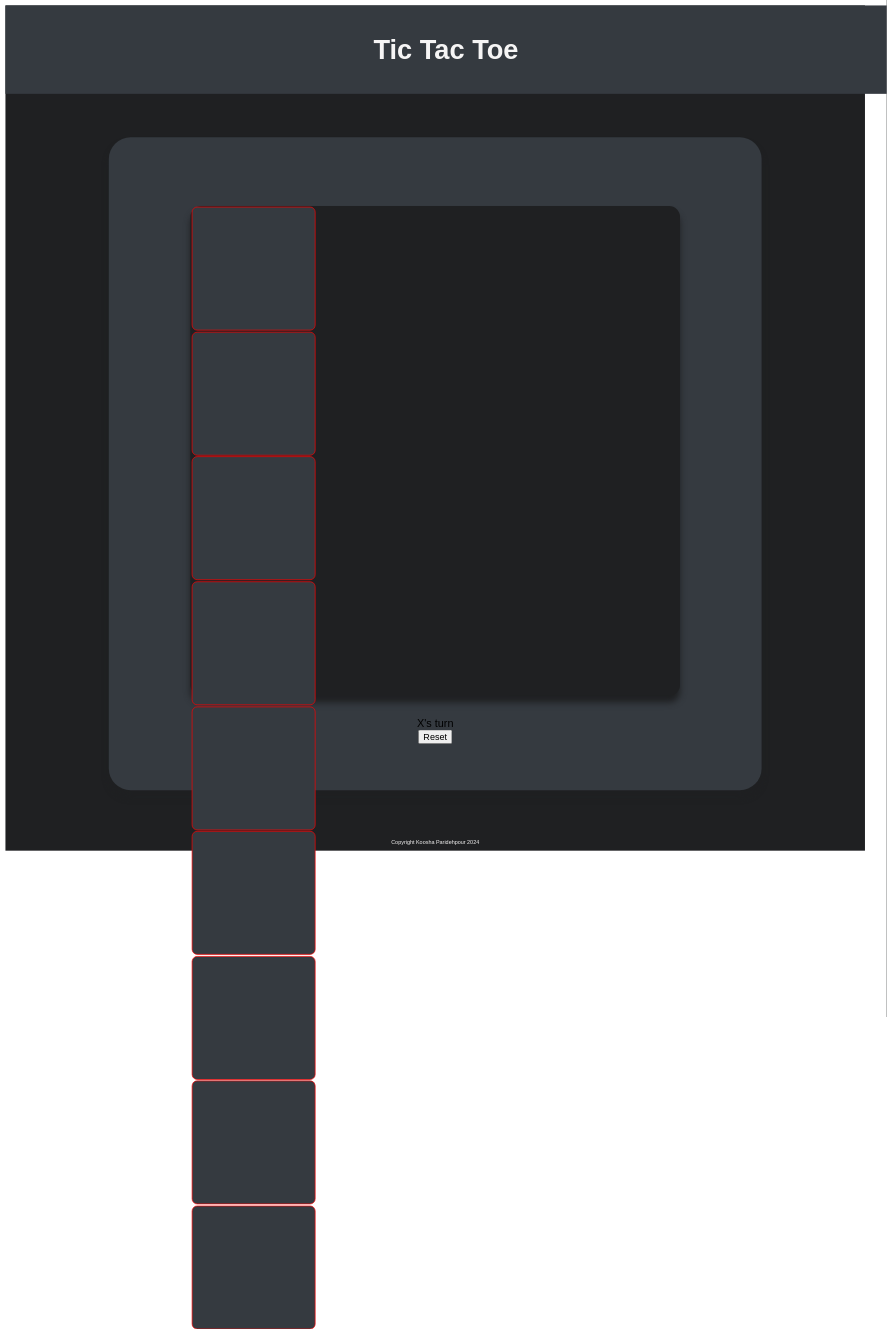
Repository: KooshaPari/odin-TTT
Page: index.html
The author's editor kept a copy of each file at every save. The page is drawn from the files as they stood at one save, then again after the next save.
The browser window is 1280 px wide. The page is 1304 px wide, so the pictures cover 1304 px, including what lies to the right of the window. The pictures show the whole page, at 68% of full size.

Above is the page before, as saved 2024-03-14 22:52:04.

### index.html
<!doctype html>
<html lang="en">
  <head>
    <meta charset="UTF-8" />

    <link rel="stylesheet" href="./style.css" />
    <meta name="viewport" content="width=device-width, initial-scale=1.0" />
    <title>Document</title>
  </head>
  <body>
    <div id="parent">
      <div id="header">
        <h1>Tic Tac Toe</h1>
      </div>
      <div id="body">
        <div id="game">
          <div id="board">
            <div class="square" id="0"></div>
            <div class="square" id="1"></div>
            <div class="square" id="2"></div>
            <div class="square" id="3"></div>
            <div class="square" id="4"></div>
            <div class="square" id="5"></div>
            <div class="square" id="6"></div>
            <div class="square" id="7"></div>
            <div class="square" id="8"></div>
          </div>
          <div id="status">X's turn</div>
          <button id="reset">Reset</button>
        </div>
      </div>
      <div id="footer">
        <p>Copyright Koosha Paridehpour 2024</p>
      </div>
    </div>
  </body>
</html>

### style.css
* {
  font-family: sans-serif;
}
#parent {
  background-color: #1f2022;
  width: 100%;
  height: 100%;
}
#header {
  background-color: #353a40;
  padding: 1.25%;
  width: 100%;
  height: 100%;
}
#header h1 {
  color: #f6f5f5;

  font-size: 2.5em;
}
#footer p {
  color: #f6f5f5;
  font-size: 0.5em;
}

#header,
#footer,
#body {
  display: flex;
  align-items: center;
  justify-content: center;
}
#title {
  color: #f6f5f5;
}
#body {
  flex-direction: column;
}
#game {
  transition: 2.5s ease-in-out;
  display: flex;
  flex-direction: column;
  justify-content: center;
  align-items: center;
  background-color: #353a40;
  border-radius: 2em;
  margin: 5vw;
  box-shadow: 0px 10px 10px #1f2022;
  width: 75vw;
  height: 75vw;
  -webkit-border-radius: 2em;
  -moz-border-radius: 2em;
  -ms-border-radius: 2em;
  -o-border-radius: 2em;
  -webkit-transition: 2.5s ease-in-out;
  -moz-transition: 2.5s ease-in-out;
  -ms-transition: 2.5s ease-in-out;
  -o-transition: 2.5s ease-in-out;
}
#board {
  width: 75%;
  transition: 1s ease-in-out;
  height: 75%;
  background-color: #1f2022;
  border-radius: 1em;
  margin: 2em;
  box-shadow: 0px 10px 10px #1f2022;
  -webkit-border-radius: 1em;
  -moz-border-radius: 1em;
  -ms-border-radius: 1em;
  -o-border-radius: 1em;
  -webkit-transition: 1s ease-in-out;
  -moz-transition: 1s ease-in-out;
  -ms-transition: 1s ease-in-out;
  -o-transition: 1s ease-in-out;
}
#board:hover {
  transform: scale(1.025) translate(0, -1em);
  transition: 0.5s ease-in-out;
  -webkit-transform: scale(1.025) translate(0, -1em);
  -moz-transform: scale(1.025) translate(0, -1em);
  -ms-transform: scale(1.025) translate(0, -1em);
  -o-transform: scale(1.025) translate(0, -1em);
  -webkit-transition: 0.5s ease-in-out;
  -moz-transition: 0.5s ease-in-out;
  -ms-transition: 0.5s ease-in-out;
  -o-transition: 0.5s ease-in-out;
}
#game:hover {
  transform: scale(1.05) translate(0, -0.5em);
  transition: 10s ease-in-out;
  -webkit-transform: scale(1.05) translate(0, -0.5em);
  -moz-transform: scale(1.05) translate(0, -0.5em);
  -ms-transform: scale(1.05) translate(0, -0.5em);
  -o-transform: scale(1.05) translate(0, -0.5em);
  -webkit-transition: 10s ease-in-out;
  -moz-transition: 10s ease-in-out;
  -ms-transition: 10s ease-in-out;
  -o-transition: 10s ease-in-out;
}
.square {
  border: 0.1px solid red;
  margin: 0.1em;
  width: 25%;
  height: 25%;
  background-color: #353a40;
  border-radius: 0.5em;
  -webkit-border-radius: 0.5em;
  -moz-border-radius: 0.5em;
  -ms-border-radius: 0.5em;
  -o-border-radius: 0.5em;
}

After the next save:
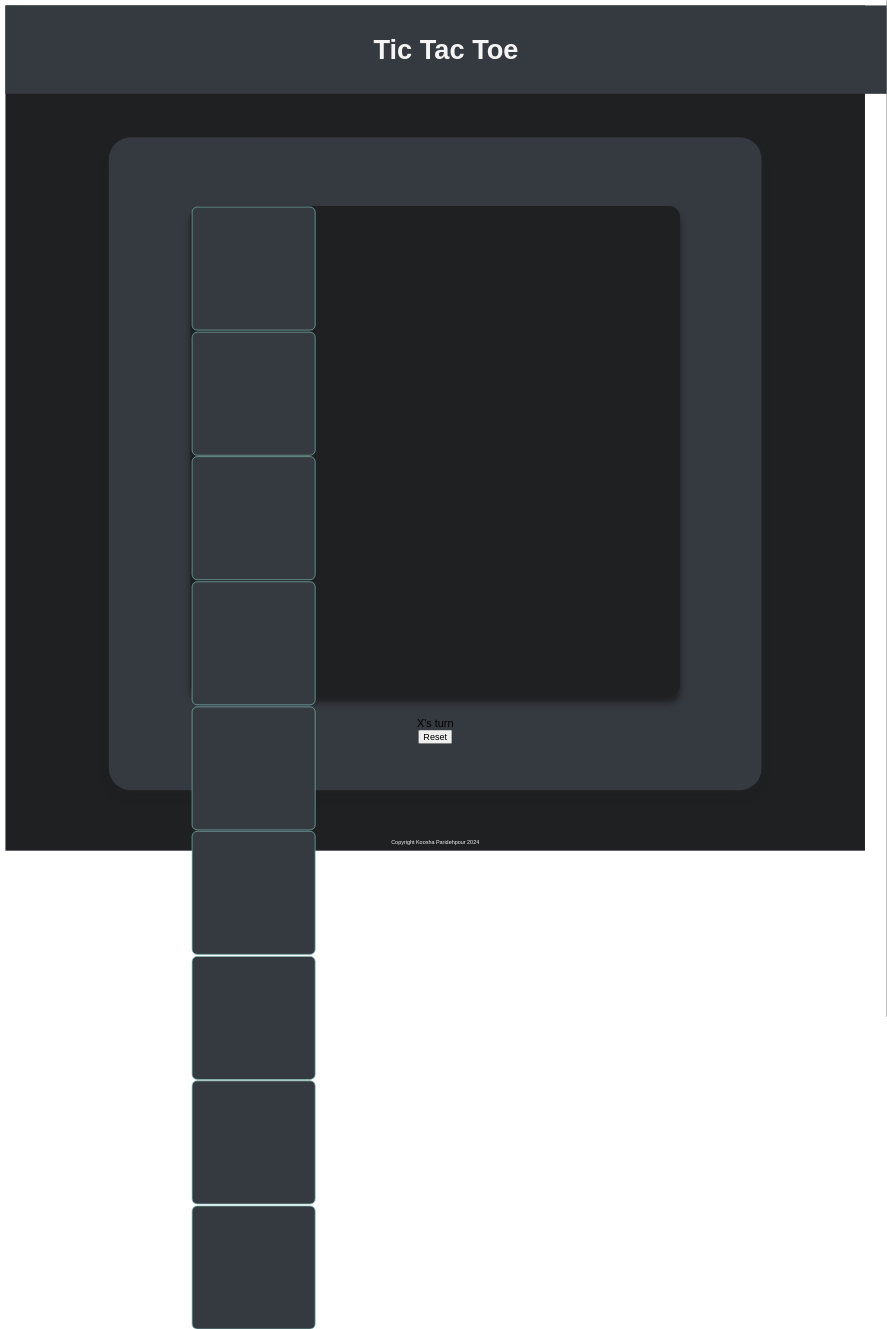
Saved 5 s later.
--- a/style.css
+++ b/style.css
@@ -98,7 +98,7 @@
   -o-transition: 10s ease-in-out;
 }
 .square {
-  border: 0.1px solid red;
+  border: 0.1px solid #7ebab5;
   margin: 0.1em;
   width: 25%;
   height: 25%;
